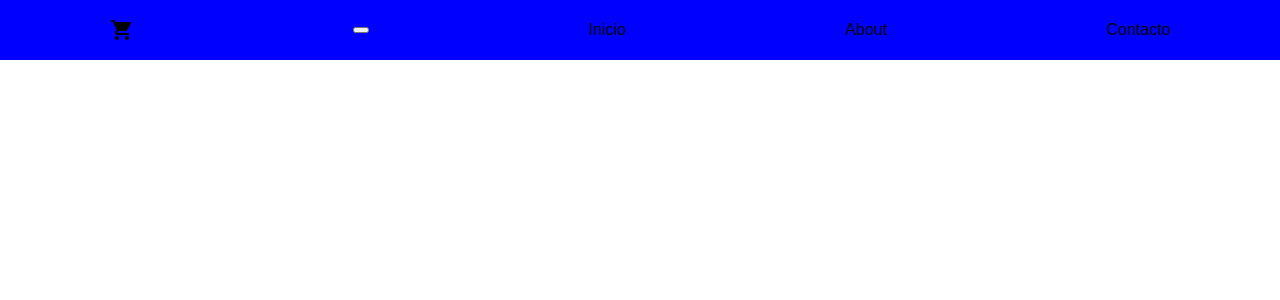
Repository: Toydrum/React-HectorCoronado
Page: /cart
The author's editor kept a copy of each file at every save. The page is drawn from the files as they stood at one save, then again after the next save.
The browser window is 1280 px wide. The pictures show the whole page.
The project was rebuilt for these pictures with package versions that can differ from the ones it lists, and the page was loaded fresh each time.

Above is the page before, as saved 2023-06-03 07:52:30.

### src/App.js
import React from 'react'
import './App.css';

//Components
import NavBar from "./components/Navbar/Navbar"
import ItemListContainer from "./components/Contenedor/ItemListContainer"


function App() {
  return (
    <div className="App">
      <NavBar />
    </div>
  );
}

export default App;

### src/components/Navbar/Navbar.js
import React from 'react'
import "./Navbar.css"
import ShoppingCartIcon from '@mui/icons-material/ShoppingCart';
import ItemListContainer from '../Contenedor/ItemListContainer';
const styles = {
  NavBar: {
    display: "flex",
    justifyContent: "space-around",
    alignItems: "center",
    listStyleType: "none",
    fontFamily: "sans-serif",
    backgroundColor: "blue",
    margin:0,
    padding:0,
    height:60
  }
}


const NavBar =() => {
  return (

    <>
    <nav>
      <ul style={styles.NavBar}>
        <ShoppingCartIcon/>
        <ItemListContainer/>
        <li><a className="link" href="https://www.google.com.mx/?hl=es">Inicio</a></li>
        <li><a className="link" href="https://www.google.com.mx/?hl=es">About</a></li>
        <li><a className="link" href="https://www.google.com.mx/?hl=es">Contacto</a></li>
      </ul>
    </nav>

    </>
  )
}

export default NavBar

### src/components/Contenedor/ItemListContainer.js
import React from 'react'

const ItemListContainer = () =>{
  return(
    <button/>
  )
}



export default ItemListContainer

### src/components/Navbar/Navbar.css
img {
height: auto;
width: auto;

}

.link{
  text-decoration: none;
  color: black;
}

Loaded but not shown: public/index.html (common file); src/index.js (common file); src/index.css (common file); src/App.css (common file)

After the next save:
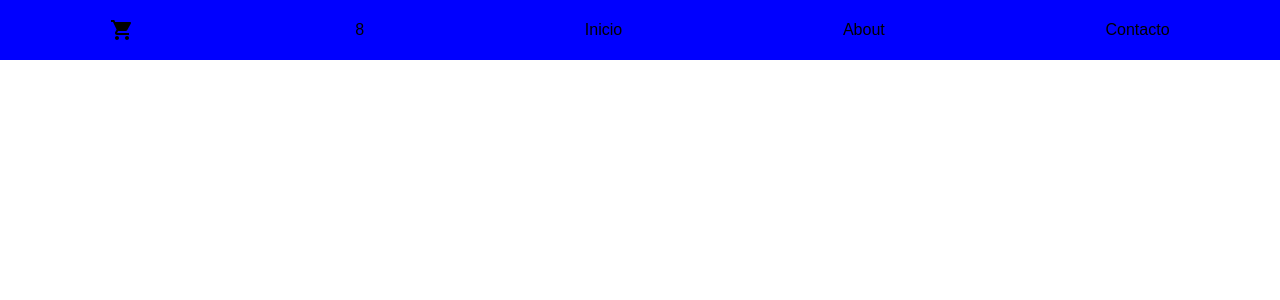
Saved 5 min 24 s later.
--- a/src/components/Contenedor/ItemListContainer.js
+++ b/src/components/Contenedor/ItemListContainer.js
@@ -2,7 +2,7 @@ import React from 'react'
 
 const ItemListContainer = () =>{
   return(
-    <button/>
+    <p>{3+5}</p>
   )
 }
 
